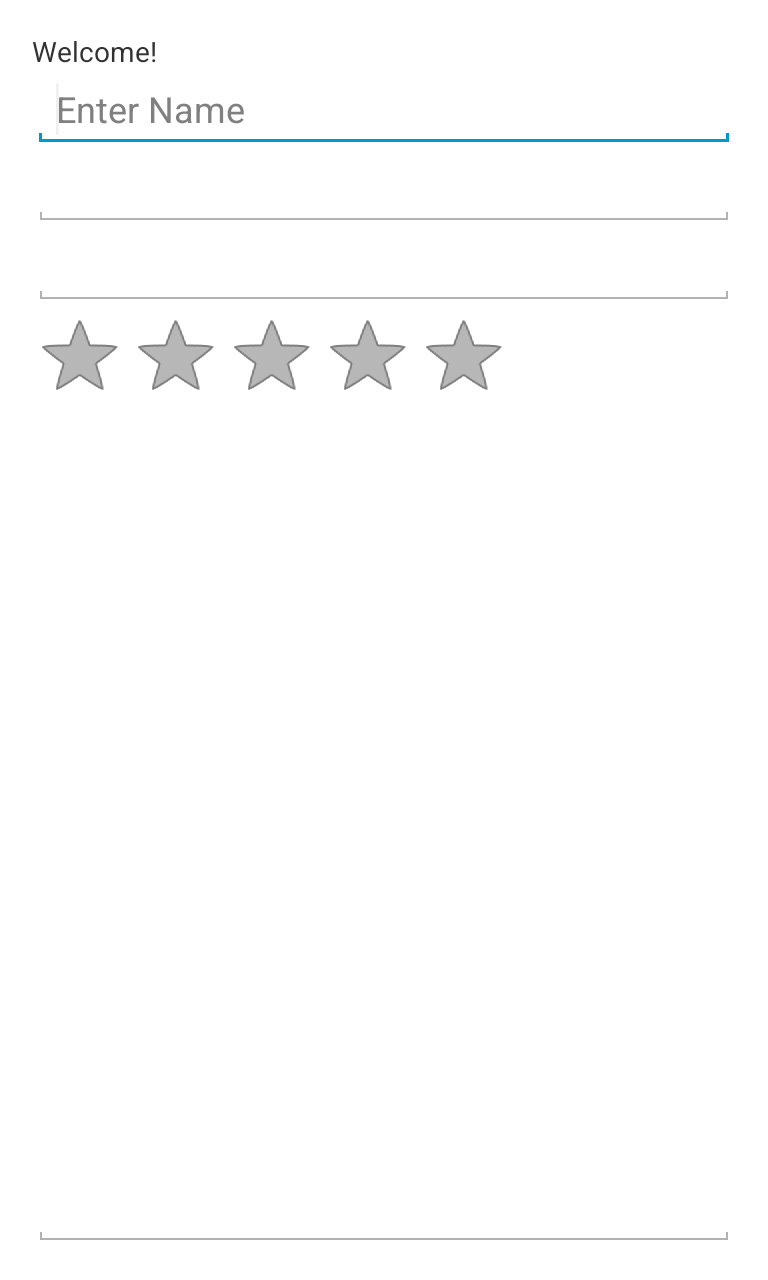
Repository: 12030121070/FeedbackForms
Layout: MT/res/layout/activity_form.xml
The author's editor kept a copy of each file at every save. The layout is drawn from the files as they stood at one save, then again after the next save.
It is drawn on a 768 x 1280 px phone screen (xhdpi) without system bars, with theme AppTheme; the app's code is not run.

Above is the layout before, as saved 2015-01-28 03:43:10.

### MT/res/layout/activity_form.xml
<LinearLayout xmlns:android="http://schemas.android.com/apk/res/android"
    xmlns:tools="http://schemas.android.com/tools"
    android:layout_width="match_parent"
    android:layout_height="match_parent"
    android:orientation="vertical"
    android:paddingBottom="@dimen/activity_vertical_margin"
    android:paddingLeft="@dimen/activity_horizontal_margin"
    android:paddingRight="@dimen/activity_horizontal_margin"
    android:paddingTop="@dimen/activity_vertical_margin"
    tools:context=".FormActivity" >

    <TextView
        android:layout_width="wrap_content"
        android:layout_height="wrap_content"
        android:text="Welcome!" />

    <EditText
        android:id="@+id/editText1"
        android:layout_width="match_parent"
        android:layout_height="wrap_content"
        android:ems="10"
        android:hint="Enter Name"
        android:inputType="textPersonName" >

        <requestFocus />
    </EditText>

    <EditText
        android:id="@+id/editText2"
        android:layout_width="match_parent"
        android:layout_height="wrap_content"
        android:ems="10"
        android:inputType="phone" />

    <EditText
        android:id="@+id/editText3"
        android:layout_width="match_parent"
        android:layout_height="wrap_content"
        android:ems="10"
        android:inputType="textEmailAddress" />

    <RatingBar
        android:id="@+id/ratingBar1"
        android:layout_width="wrap_content"
        android:layout_height="wrap_content" />

    <EditText
        android:id="@+id/editText4"
        android:layout_width="match_parent"
        android:layout_height="wrap_content"
        android:layout_weight="0.12"
        android:ems="10"
        android:inputType="textMultiLine" />

</LinearLayout>

Loaded but not shown: MT/res/values/styles.xml (common file); MT/res/values-v11/styles.xml (common file); MT/res/values-v14/styles.xml (common file); MT/res/values/dimens.xml (common file)

After the next save:
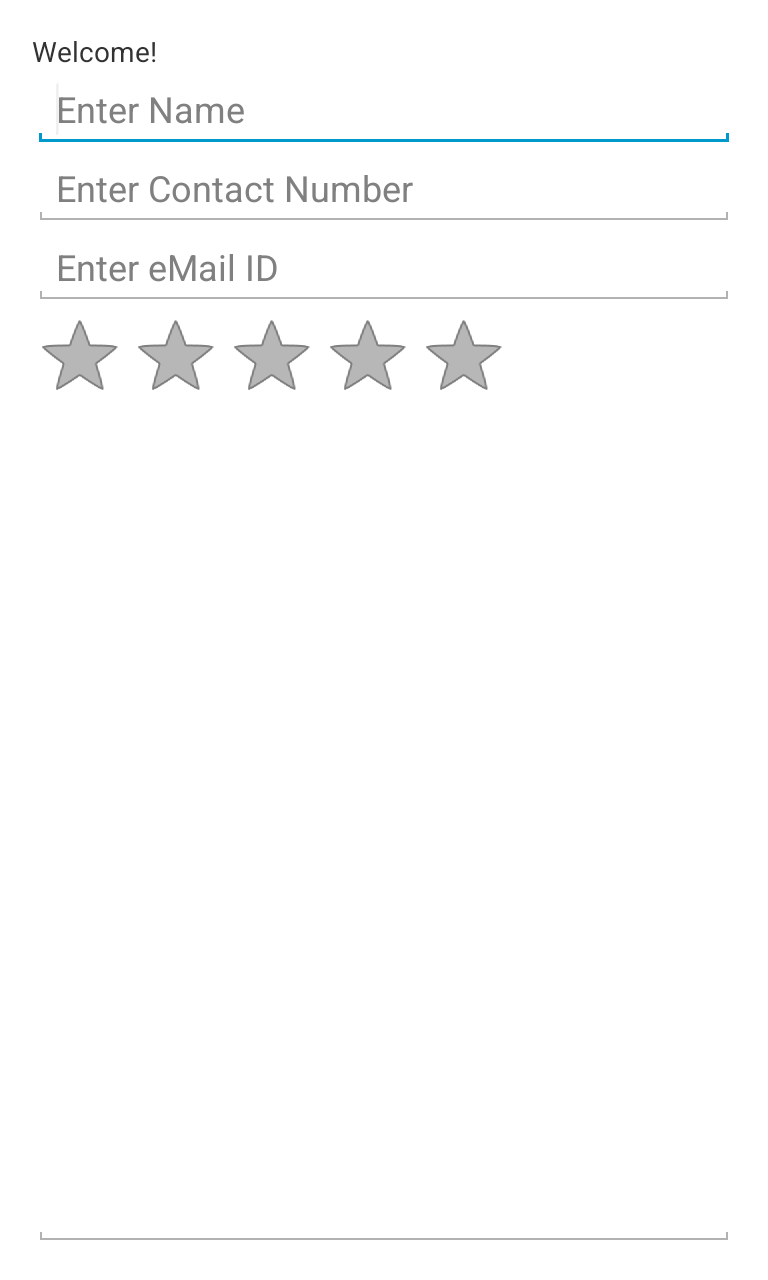
Saved 45 s later.
--- a/MT/res/layout/activity_form.xml
+++ b/MT/res/layout/activity_form.xml
@@ -21,7 +21,6 @@
         android:ems="10"
         android:hint="Enter Name"
         android:inputType="textPersonName" >
-
         <requestFocus />
     </EditText>
 
@@ -30,6 +29,7 @@
         android:layout_width="match_parent"
         android:layout_height="wrap_content"
         android:ems="10"
+        android:hint="Enter Contact Number"
         android:inputType="phone" />
 
     <EditText
@@ -37,6 +37,7 @@
         android:layout_width="match_parent"
         android:layout_height="wrap_content"
         android:ems="10"
+        android:hint="Enter eMail ID"
         android:inputType="textEmailAddress" />
 
     <RatingBar
